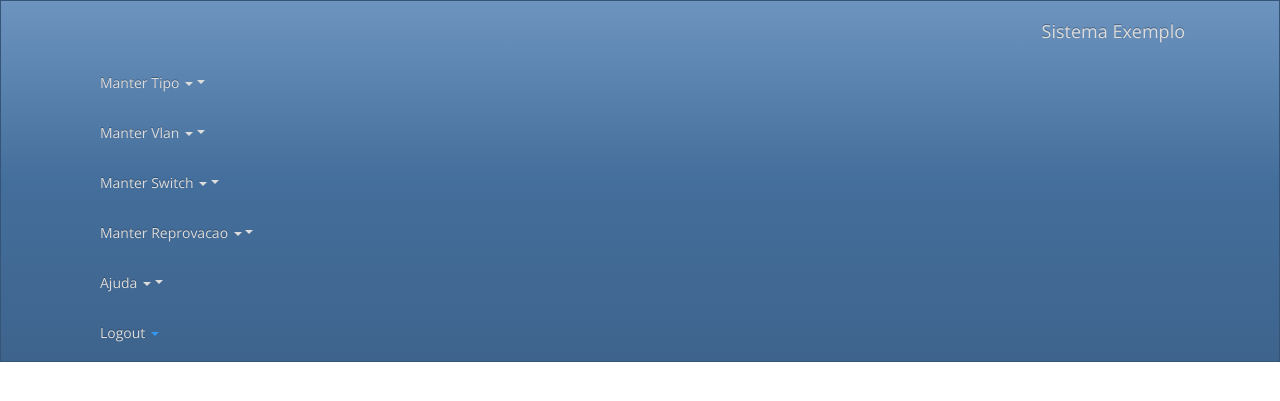
Repository: WilliamEstrela/trabalho1VA-PROG4
Page: CRUDLanManagerV5/WebContent/page.html
The author's editor kept a copy of each file at every save. The page is drawn from the files as they stood at one save, then again after the next save.
The browser window is 1280 px wide. The pictures show the whole page.

Above is the page before, as saved 2019-09-12 00:02:50.

### CRUDLanManagerV5/WebContent/page.html
<!DOCTYPE html>
<html>
  <head>
    <title>ERP de Reprovacao</title>
    <meta name="viewport" content="width=device-width, initial-scale=1.0">
    <!-- Bootstrap -->
    <link rel="stylesheet" href="https://stackpath.bootstrapcdn.com/bootstrap/4.3.1/css/bootstrap.min.css" integrity="sha384-ggOyR0iXCbMQv3Xipma34MD+dH/1fQ784/j6cY/iJTQUOhcWr7x9JvoRxT2MZw1T" crossorigin="anonymous">
    <link href="${contextPath}/bootstrap/dist/css/bootstrap.min.css" rel="stylesheet" media="screen">

    <link href="${contextPath}/bootstrap/my.css" rel="stylesheet" media="screen">

    <!-- HTML5 shim and Respond.js IE8 support of HTML5 elements and media queries -->
    <!--[if lt IE 9]>
      <script src="${contextPath}/bootstrap/assets/js/html5shiv.js"></script>
      <script src="${contextPath}/bootstrap/assets/js/respond.min.js"></script>
    <![endif]-->
  </head>
  <body>
  <div class="navbar navbar-inverse navbar-fixed-top">
                <div class="container">
                  <div class="navbar-header">
                    <button type="button" class="navbar-toggle" data-toggle="collapse" data-target=".navbar-inverse-collapse">
                      <span class="icon-bar"></span>
                      <span class="icon-bar"></span>
                      <span class="icon-bar"></span>
                    </button>
                    <a class="navbar-brand" href="${contextPath}">Sistema Exemplo</a>
                  </div>
                  <div class="navbar-collapse collapse navbar-inverse-collapse">
                    <ul class="nav navbar-nav">
                      <li class="dropdown">
                        <a href="#" class="dropdown-toggle" data-toggle="dropdown">Manter Tipo <b class="caret"></b></a>
                        <ul class="dropdown-menu">
                          <li><a href="${contextPath}/sistema?casoDeUso=manterTipo&acao=listarTodos">Listar todos</a></li>
                          <li><a href="${contextPath}/sistema?casoDeUso=manterTipo&acao=novo">Novo</a></li>
                          <li><a href="${contextPath}/sistema?casoDeUso=manterTipo&acao=index">Inicio</a></li>
                        </ul>
                      </li>
                      <li class="divider"></li>
                      <li class="dropdown">
                        <a href="#" class="dropdown-toggle" data-toggle="dropdown">Manter Vlan <b class="caret"></b></a>
                        <ul class="dropdown-menu">
                          <li><a href="${contextPath}/sistema?casoDeUso=manterVlan&acao=procurar">Procurar</a></li>
                          <li><a href="${contextPath}/sistema?casoDeUso=manterVlan&acao=listarTodos">Listar todos</a></li>
                          <li><a href="${contextPath}/sistema?casoDeUso=manterVlan&acao=novo">Novo</a></li>
                          <li><a href="${contextPath}/sistema?casoDeUso=manterVlan&acao=index">Inicio</a></li>
                        </ul>
                      </li>
                      <li class="dropdown">
                        <a href="#" class="dropdown-toggle" data-toggle="dropdown">Manter Switch <b class="caret"></b></a>
                        <ul class="dropdown-menu">
                        <li><a href="${contextPath}/sistema?casoDeUso=manterSwitch&acao=procurar">Procurar</a></li>
                          <li><a href="${contextPath}/sistema?casoDeUso=manterSwitch&acao=listarTodos">Listar todos</a></li>
                          <li><a href="${contextPath}/sistema?casoDeUso=manterSwitch&acao=novo">Novo</a></li>
                          <li><a href="${contextPath}/sistema?casoDeUso=manterSwitch&acao=index">Inicio</a></li>
                        </ul>
                      </li>
                                            <li class="dropdown">
                        <a href="#" class="dropdown-toggle" data-toggle="dropdown">Manter Reprovacao <b class="caret"></b></a>
                        <ul class="dropdown-menu">
                        <li><a href="${contextPath}/sistema?casoDeUso=manterReprovacao&acao=procurar">Procurar</a></li>
                          <li><a href="${contextPath}/sistema?casoDeUso=manterReprovacao&acao=listarTodos">Listar todos</a></li>
                          <li><a href="${contextPath}/sistema?casoDeUso=manterReprovacao&acao=novo">Novo</a></li>
                          <li><a href="${contextPath}/sistema?casoDeUso=manterReprovacao&acao=index">Inicio</a></li>
                        </ul>
                      </li>
                      <li class="dropdown">
                        <a href="#" class="dropdown-toggle" data-toggle="dropdown">Ajuda <b class="caret"></b></a>
                        <ul class="dropdown-menu">
                          <li><a href="${contextPath}/sistema?casoDeUso=pagina&acao=sobre">Sobre</a></li>
                        </ul>
                      </li>
                      <li >
                        <a href="${contextPath}/sistema?casoDeUso=autenticar&acao=logout">Logout <b class="caret"></b></a>
                      </li>
                    </ul>
                  </div><!-- /.nav-collapse -->
                </div><!-- /.container -->
              </div>

	${conteudo}


 <!-- jQuery (necessary for Bootstrap's JavaScript plugins) -->
    <script src="${contextPath}/bootstrap/dist/js/jquery.min.js"></script>
    <!-- Include all compiled plugins (below), or include individual files as needed -->
    <script src="${contextPath}/bootstrap/dist/js/bootstrap.min.js"></script>
  </body>
</html>

### CRUDLanManagerV5/WebContent/bootstrap/my.css
@CHARSET "ISO-8859-1";
body { padding-top: 60px; }

Loaded but not shown: CRUDLanManagerV5/WebContent/bootstrap/dist/css/bootstrap.min.css (library); CRUDLanManagerV5/WebContent/bootstrap/dist/js/jquery.min.js (library); CRUDLanManagerV5/WebContent/bootstrap/dist/js/bootstrap.min.js (library)

After the next save:
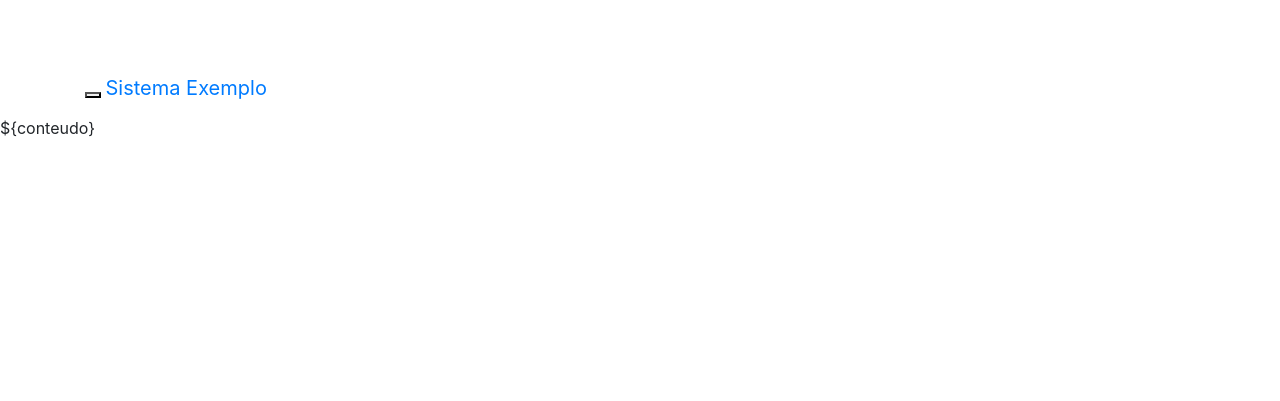
Saved 10 s later.
--- a/CRUDLanManagerV5/WebContent/page.html
+++ b/CRUDLanManagerV5/WebContent/page.html
@@ -5,8 +5,6 @@
     <meta name="viewport" content="width=device-width, initial-scale=1.0">
     <!-- Bootstrap -->
     <link rel="stylesheet" href="https://stackpath.bootstrapcdn.com/bootstrap/4.3.1/css/bootstrap.min.css" integrity="sha384-ggOyR0iXCbMQv3Xipma34MD+dH/1fQ784/j6cY/iJTQUOhcWr7x9JvoRxT2MZw1T" crossorigin="anonymous">
-    <link href="${contextPath}/bootstrap/dist/css/bootstrap.min.css" rel="stylesheet" media="screen">
-
     <link href="${contextPath}/bootstrap/my.css" rel="stylesheet" media="screen">
 
     <!-- HTML5 shim and Respond.js IE8 support of HTML5 elements and media queries -->

After the save that followed:
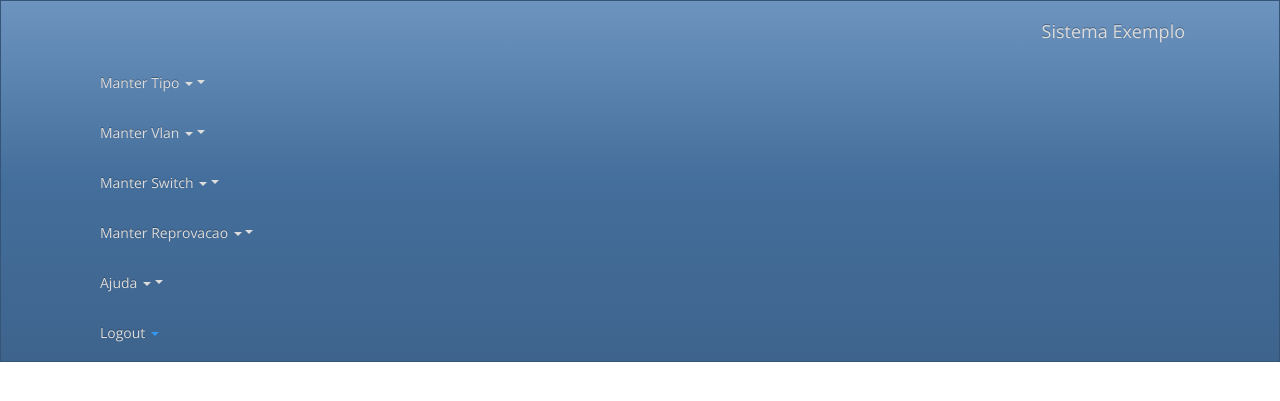
Saved 37 s later.
--- a/CRUDLanManagerV5/WebContent/page.html
+++ b/CRUDLanManagerV5/WebContent/page.html
@@ -5,6 +5,8 @@
     <meta name="viewport" content="width=device-width, initial-scale=1.0">
     <!-- Bootstrap -->
     <link rel="stylesheet" href="https://stackpath.bootstrapcdn.com/bootstrap/4.3.1/css/bootstrap.min.css" integrity="sha384-ggOyR0iXCbMQv3Xipma34MD+dH/1fQ784/j6cY/iJTQUOhcWr7x9JvoRxT2MZw1T" crossorigin="anonymous">
+    <link href="${contextPath}/bootstrap/dist/css/bootstrap.min.css" rel="stylesheet" media="screen">
+
     <link href="${contextPath}/bootstrap/my.css" rel="stylesheet" media="screen">
 
     <!-- HTML5 shim and Respond.js IE8 support of HTML5 elements and media queries -->
